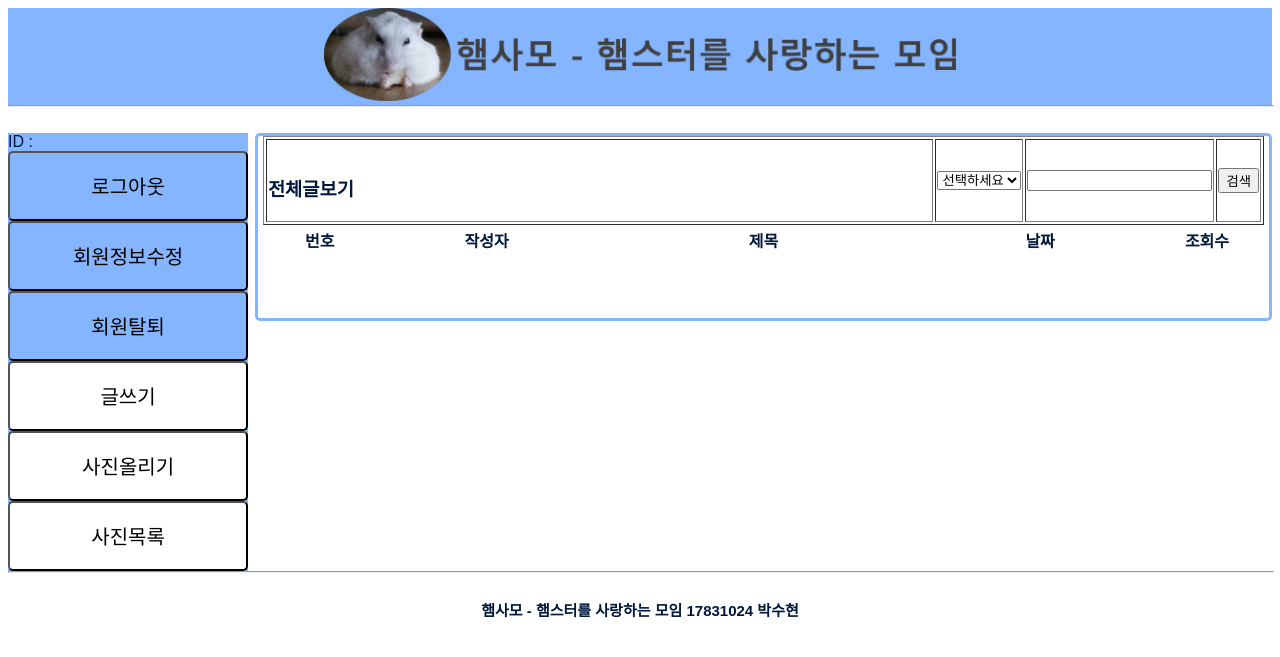
Repository: hyun5292/school
Page: http://localhost/HamSaMo/WEB-INF/views/list.jsp
An editor plug-in stored every save of this project. The page is shown before and after the next save, followed by the edit.
The browser window is 1280 px wide. The pictures show the whole page.
The page is served by Tomcat 9. Nobody is signed in. The template is opened directly, without the code that normally fills it, so the values that code supplies are empty.

Above is the page before, as saved 2019-12-10 12:11:40.

After the next save:
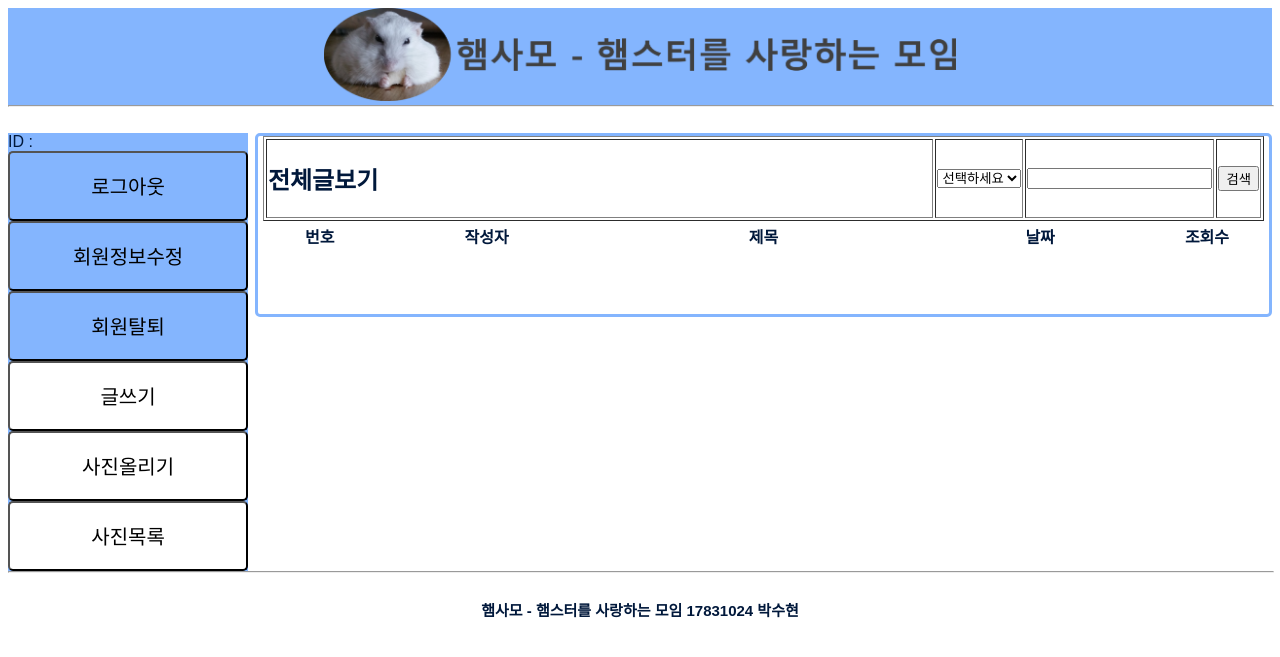
Saved 61 s later.
--- a/spring/HamSaMo/HamSaMo/src/main/webapp/WEB-INF/views/list.jsp
+++ b/spring/HamSaMo/HamSaMo/src/main/webapp/WEB-INF/views/list.jsp
@@ -108,7 +108,7 @@
 					</colgroup>
 					<tr>
 						<td>
-							<h3 style="padding-top: 15px">전체글보기</h3>
+							<h1>전체글보기</h1>
 						</td>
 						<td align="right"><select name="mKind">
 								<option value="#" selected>선택하세요</option>
